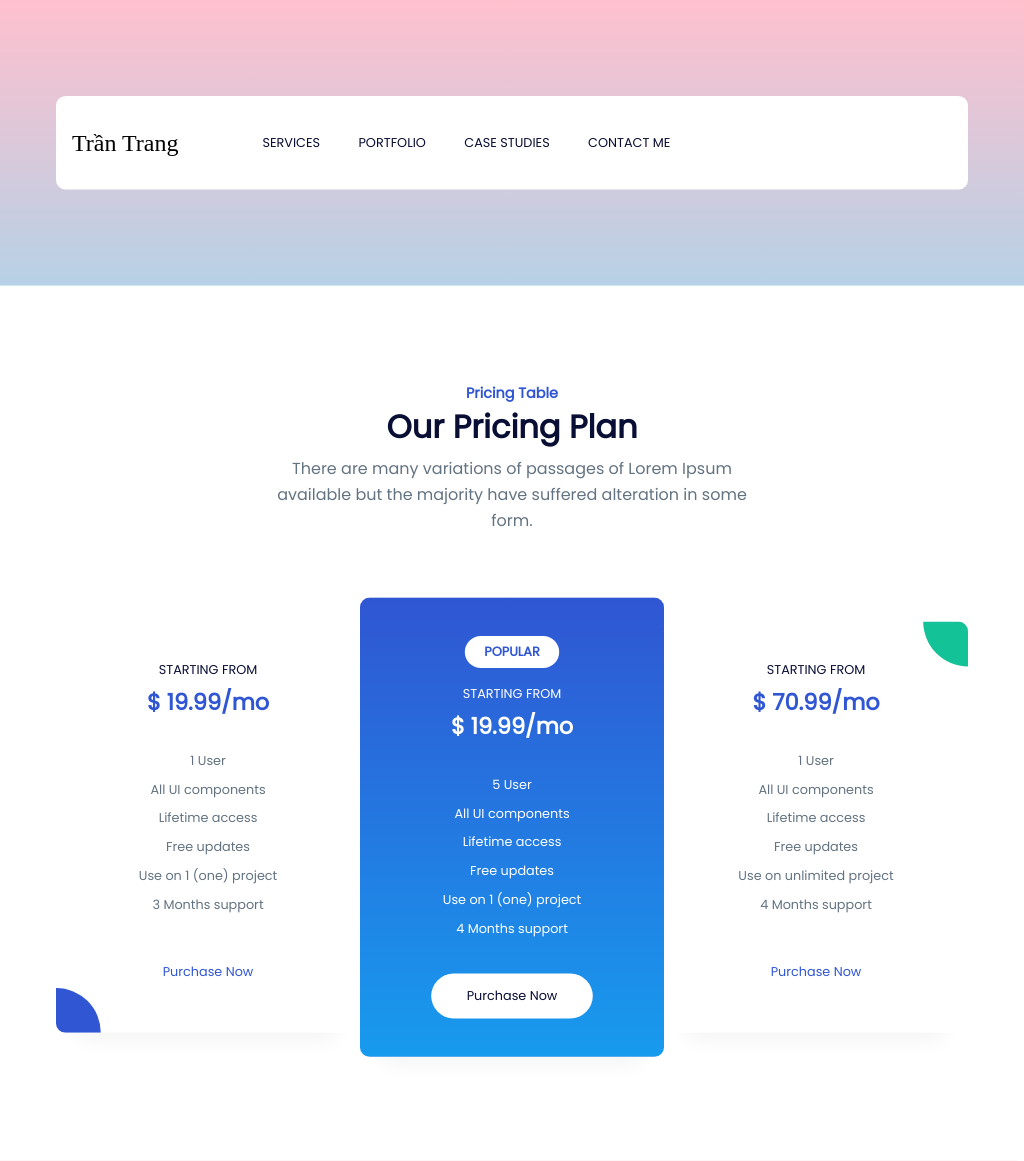
Repository: trantrang2101/CV
Page: index.html
These files come from the project's save history. The page is drawn as it stood at one moment and after the next save; the edit follows.
The browser window is 1280 px wide. The pictures show the whole page, at 80% of full size.
Some web fonts or font styles are not loaded; a fallback is used.

Above is the page before, as saved 2022-07-13 19:06:22.
Console error: TypeError: Cannot read properties of null (reading 'offsetTop')

After the next save:
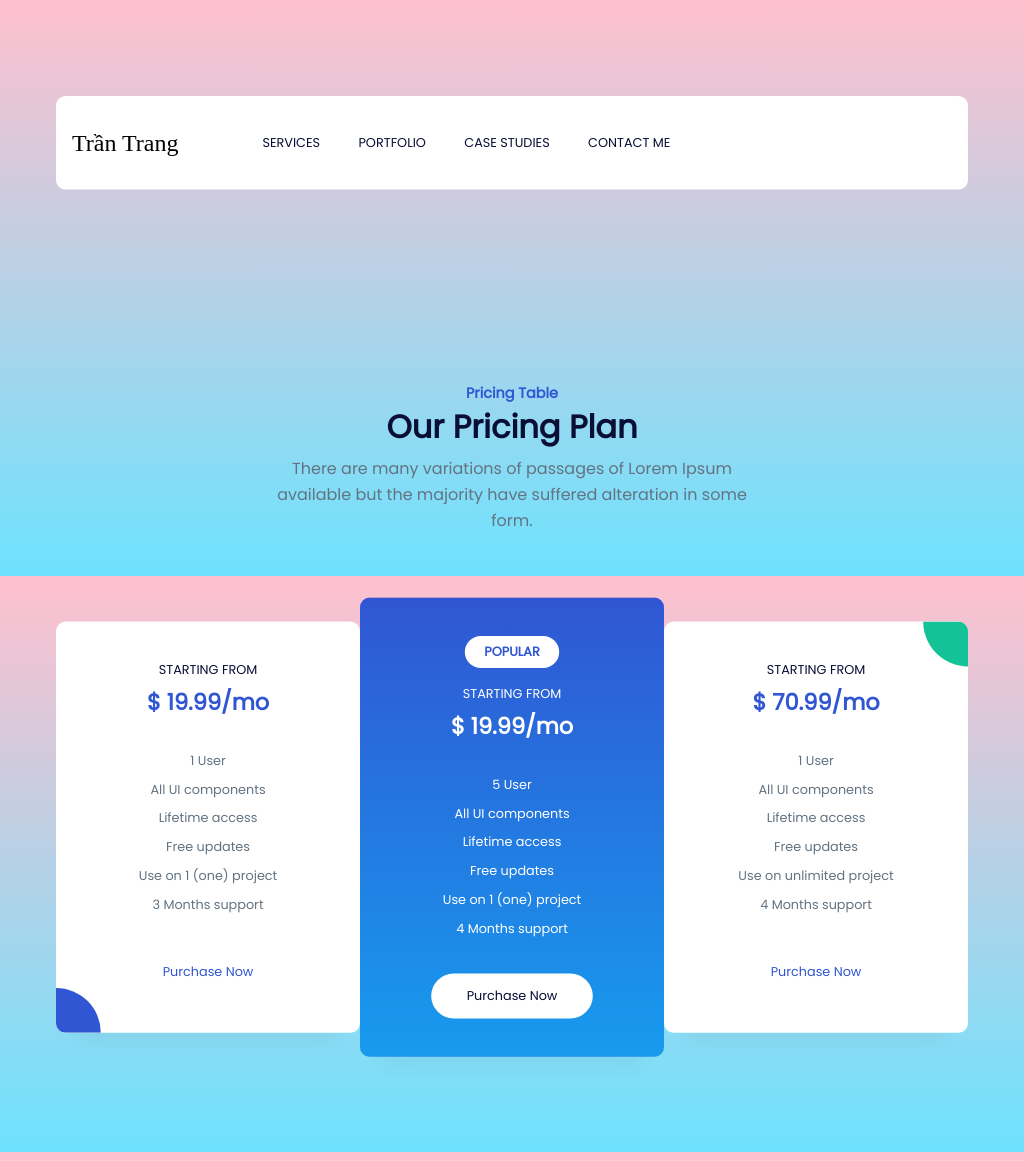
Saved 19 s later.
--- a/index.html
+++ b/index.html
@@ -73,7 +73,7 @@
             </div>
         </div>
     </section>
-    <section id="services" class="bg-white pt-20 lg:pt-[120px] pb-12 lg:pb-[90px] relative z-20 overflow-hidden">
+    <section id="services" class="pt-20 lg:pt-[120px] pb-12 lg:pb-[90px] relative z-20 overflow-hidden">
         <div class="container">
             <div class="flex flex-wrap -mx-4">
                 <div class="w-full px-4">
